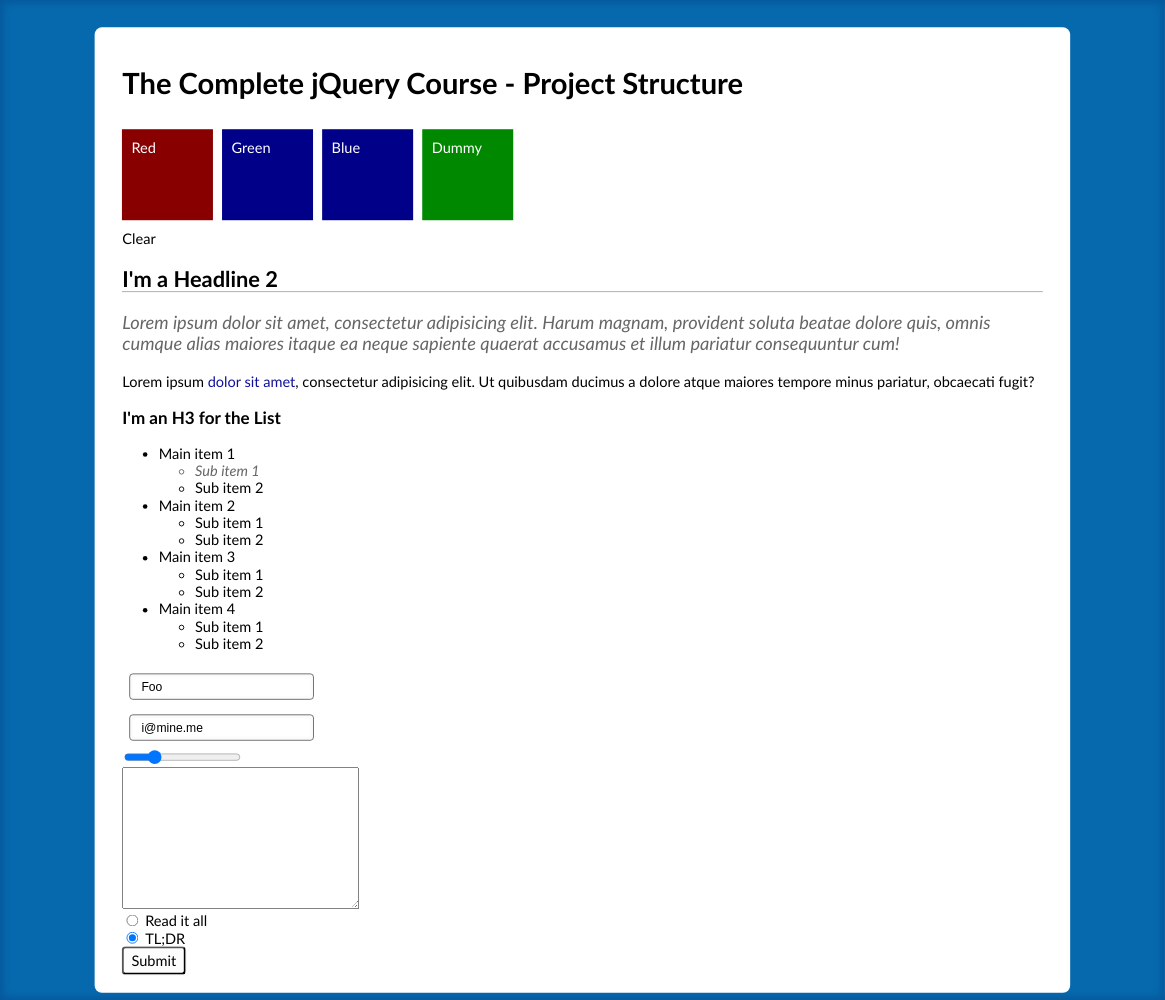
Repository: vpriyankaprabhu/Jquery-examples
Page: 06/click/index.html
These files come from the project's save history. The page is drawn as it stood at one moment and after the next save; the edit follows.
The browser window is 1280 px wide. The pictures show the whole page, at 91% of full size.

Above is the page before, as saved 2024-12-30 13:36:19.

After the next save:
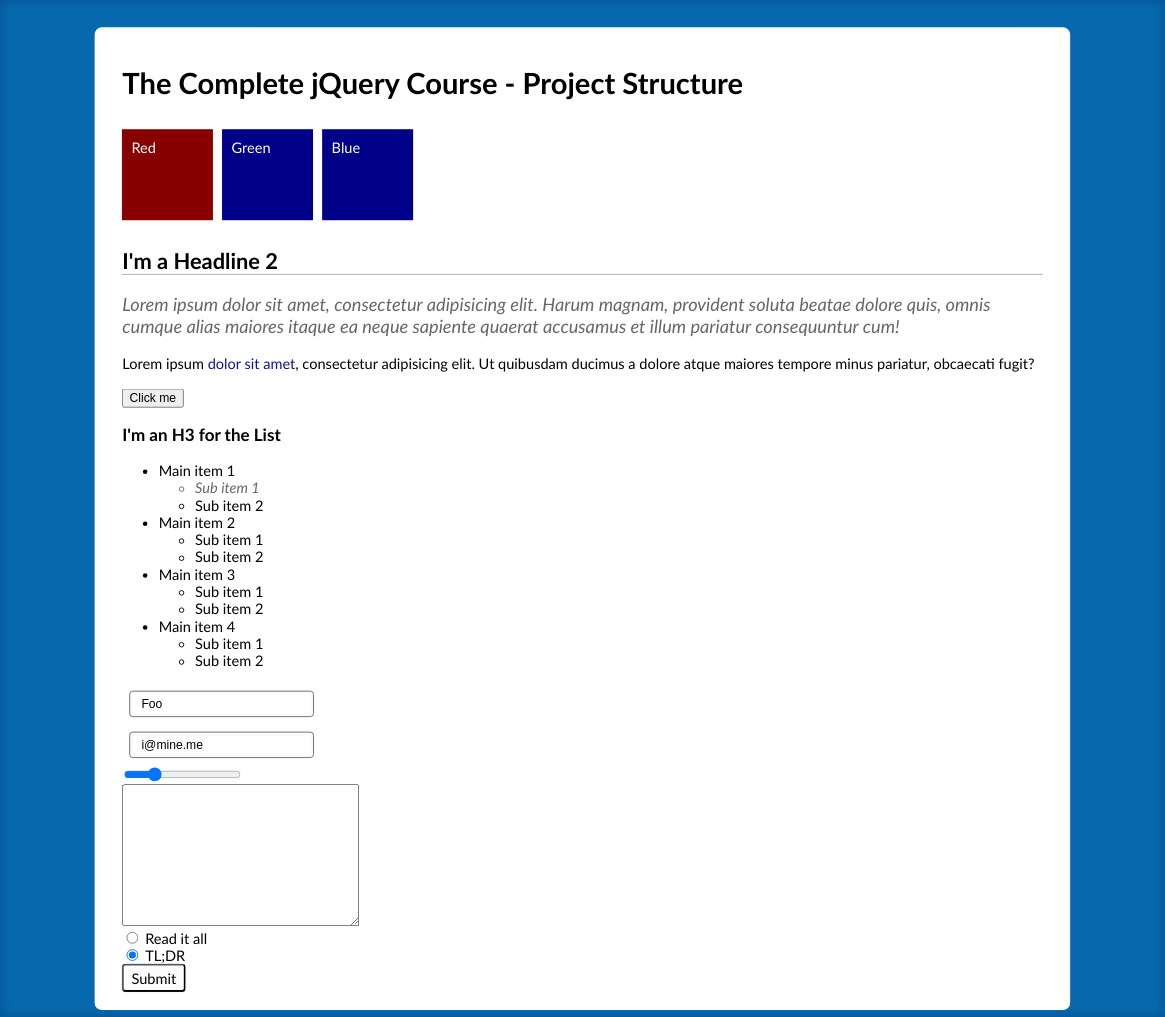
Saved 106 min 32 s later.
--- a/06/click/index.html
+++ b/06/click/index.html
@@ -14,12 +14,13 @@
     <div class="red-box">Red</div>
     <div class="green-box">Green</div>
     <div class="blue-box">Blue</div>
-    <div class="dummy">Dummy</div>
-    <div class="clear">Clear</div>
+    <div class="clear"></div>
 
     <h2>I'm a Headline 2</h2>
     <p>Lorem ipsum dolor sit amet, consectetur adipisicing elit. Harum magnam, provident soluta beatae dolore quis, omnis cumque alias maiores itaque ea neque sapiente quaerat accusamus et illum pariatur consequuntur cum!</p>
     <p>Lorem ipsum <a id="link" title="An amazing link" href="/url">dolor sit amet</a>, consectetur adipisicing elit. Ut quibusdam ducimus a dolore atque maiores tempore minus pariatur, obcaecati fugit?</p>
+
+    <button id="btn-click">Click me</button>
 
     <h3>I'm an H3 for the List</h3>
     <!-- An unordered list with ID "list" -->
